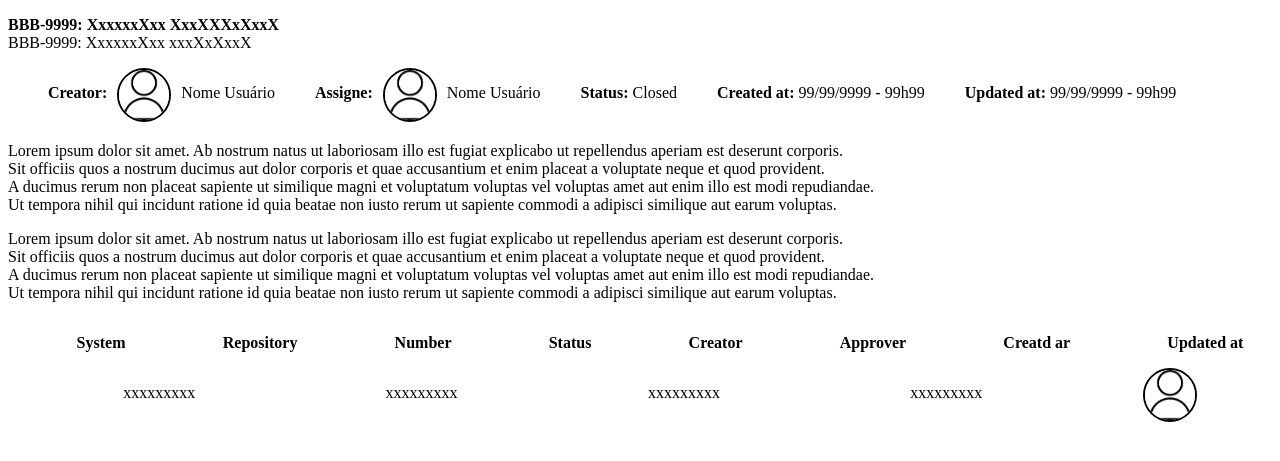
Repository: AnaBerlanda/PaginaFer
Page: index.html
An editor plug-in stored every save of this project. The page is shown before and after the next save, followed by the edit.
The browser window is 1280 px wide. The pictures show the whole page.

Above is the page before, as saved 2022-05-23 15:02:10.

After the next save:
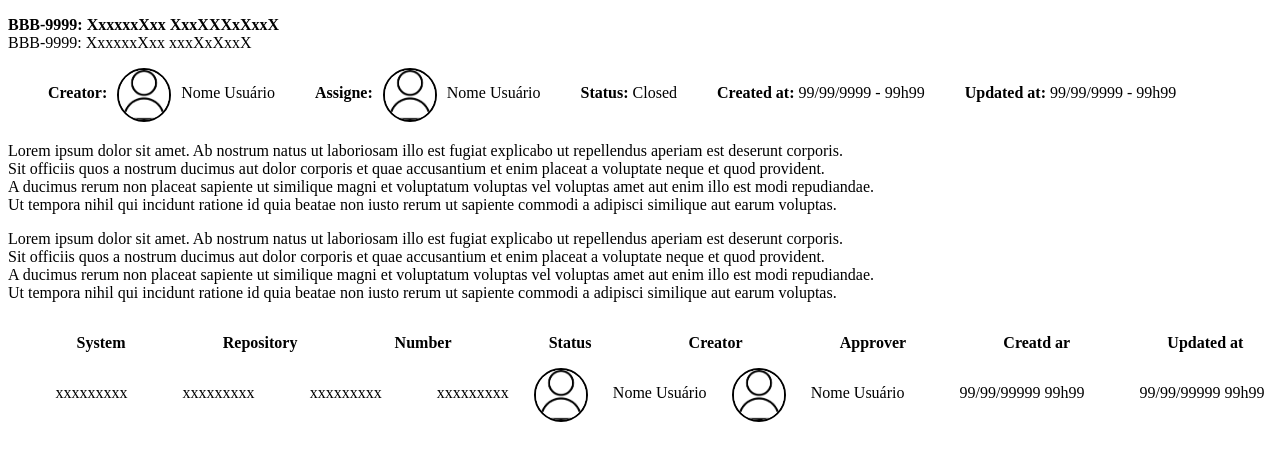
Saved 95 s later.
--- a/index.html
+++ b/index.html
@@ -89,6 +89,22 @@
         <div class="imagem">
             <img src="imagem/Icone-usuario-Png-1024x1024.png">
         </div>
+        <div class="nome-usuario">
+            <p>Nome Usuário</p>
+        </div>
+        <div class="imagem">
+            <img src="imagem/Icone-usuario-Png-1024x1024.png">
+        </div>
+        <div class="nome-usuario">
+            <p>Nome Usuário</p>
+        </div>
+        <div class="textos">
+            <p class="sub-titulos">99/99/99999 99h99</p>
+        </div>
+        <div class="textos">
+            <p class="sub-titulos">99/99/99999 99h99</p>
+        </div>
+
     </div>
 
 
